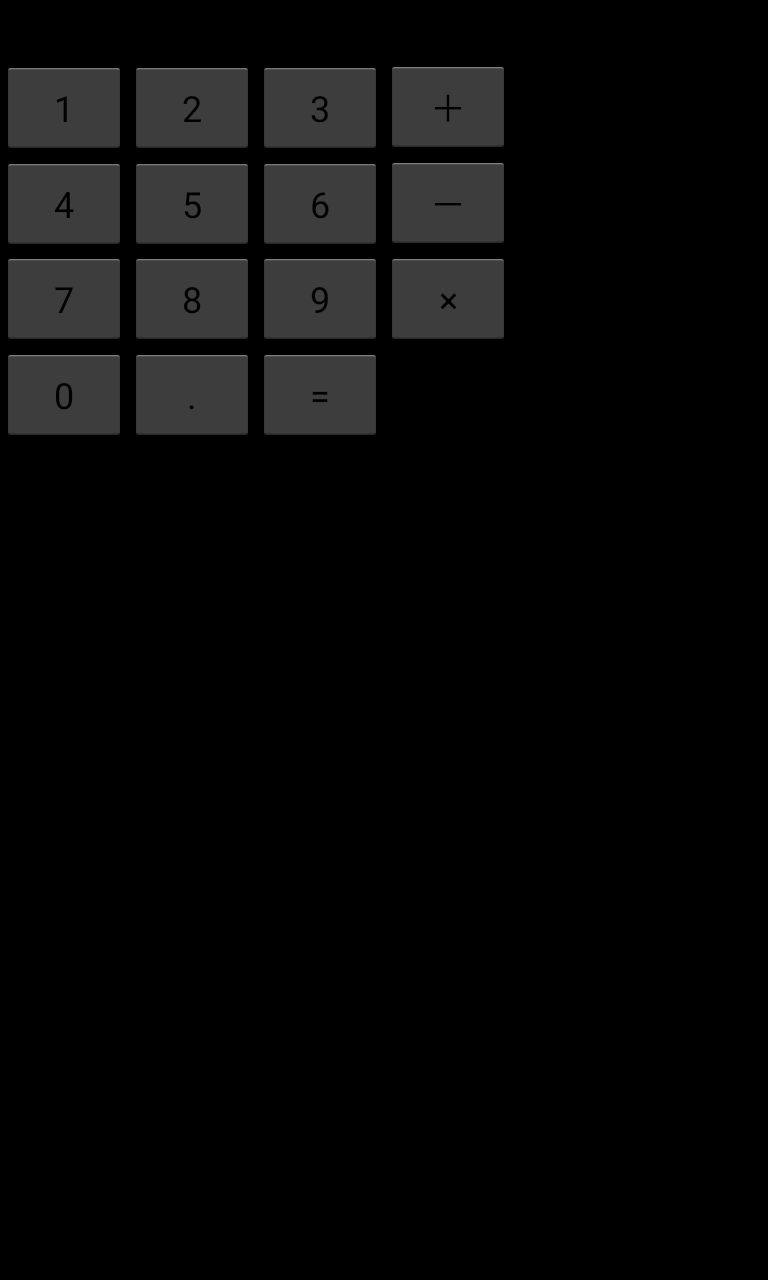
Repository: moetmd/learning-Android
Layout: Calculator/res/layout/activity_main.xml
The author's editor kept a copy of each file at every save. The layout is drawn from the files as they stood at one save, then again after the next save.
It is drawn on a 768 x 1280 px phone screen (xhdpi) without system bars, with theme AppTheme; the app's code is not run.

Above is the layout before, as saved 2014-11-19 12:55:09.

### Calculator/res/layout/activity_main.xml
<FrameLayout xmlns:android="http://schemas.android.com/apk/res/android"
    xmlns:tools="http://schemas.android.com/tools"
    android:id="@+id/container"
    android:background="#000"
    android:layout_width="match_parent"
    android:layout_height="match_parent"
    tools:context="com.niit.calculator.MainActivity"
    tools:ignore="MergeRootFrame" >

    <LinearLayout
        android:layout_width="match_parent"
        android:layout_height="match_parent"
        android:orientation="vertical" >


        <!-- 屏幕    独占一行 -->
        <TextView
            android:id="@+id/textView1"
            android:layout_width="match_parent"
            android:layout_height="wrap_content"
            android:text="Large Text"
            android:textAppearance="?android:attr/textAppearanceLarge" />

        <!-- 第一行数字键 -->
        <LinearLayout
            android:layout_width="match_parent"
            android:layout_height="wrap_content" >
            <Button
                android:id="@+id/button1"
                android:layout_width="wrap_content"
                android:layout_height="wrap_content"
                android:text="1" />

            <Button
                android:id="@+id/button2"
                android:layout_width="wrap_content"
                android:layout_height="wrap_content"
                android:text="2" />

            <Button
                android:id="@+id/button3"
                android:layout_width="wrap_content"
                android:layout_height="wrap_content"
                android:text="3" />

            <Button
                android:id="@+id/button4"
                android:layout_width="wrap_content"
                android:layout_height="wrap_content"
                android:text="＋" />
        </LinearLayout>
        <!-- 第一行数字键结束 -->

       	<!-- 第二行数字键 -->
        <LinearLayout
            android:layout_width="match_parent"
            android:layout_height="wrap_content" >
            <Button
                android:id="@+id/button1"
                android:layout_width="wrap_content"
                android:layout_height="wrap_content"
                android:text="4" />

            <Button
                android:id="@+id/button2"
                android:layout_width="wrap_content"
                android:layout_height="wrap_content"
                android:text="5" />

            <Button
                android:id="@+id/button3"
                android:layout_width="wrap_content"
                android:layout_height="wrap_content"
                android:text="6" />

            <Button
                android:id="@+id/button4"
                android:layout_width="wrap_content"
                android:layout_height="wrap_content"
                android:text="－" />
        </LinearLayout>
        <!-- 第二行数字键结束 -->

        <!-- 第三行数字键 -->
        <LinearLayout
            android:layout_width="match_parent"
            android:layout_height="wrap_content" >
            <Button
                android:id="@+id/button1"
                android:layout_width="wrap_content"
                android:layout_height="wrap_content"
                android:text="7" />

            <Button
                android:id="@+id/button2"
                android:layout_width="wrap_content"
                android:layout_height="wrap_content"
                android:text="8" />

            <Button
                android:id="@+id/button3"
                android:layout_width="wrap_content"
                android:layout_height="wrap_content"
                android:text="9" />

            <Button
                android:id="@+id/button4"
                android:layout_width="wrap_content"
                android:layout_height="wrap_content"
                android:text="×" />
        </LinearLayout>
        <!-- 第三行数字键结束 -->

        <!-- 第四行数字键 -->
        <LinearLayout
            android:layout_width="match_parent"
            android:layout_height="wrap_content" >

            <Button
                android:id="@+id/button1"
                android:layout_width="wrap_content"
                android:layout_height="wrap_content"
                android:text="0" />

            <Button
                android:id="@+id/button2"
                android:layout_width="wrap_content"
                android:layout_height="wrap_content"
                android:text="." />

            <Button
                android:id="@+id/button3"
                android:layout_width="wrap_content"
                android:layout_height="wrap_content"
                android:text="=" />
        </LinearLayout>
        <!-- 第四行数字键结束 -->

    </LinearLayout>

</FrameLayout>

Loaded but not shown: Calculator/res/values/styles.xml (common file); Calculator/res/values-v11/styles.xml (common file); Calculator/res/values-v14/styles.xml (common file)

After the next save:
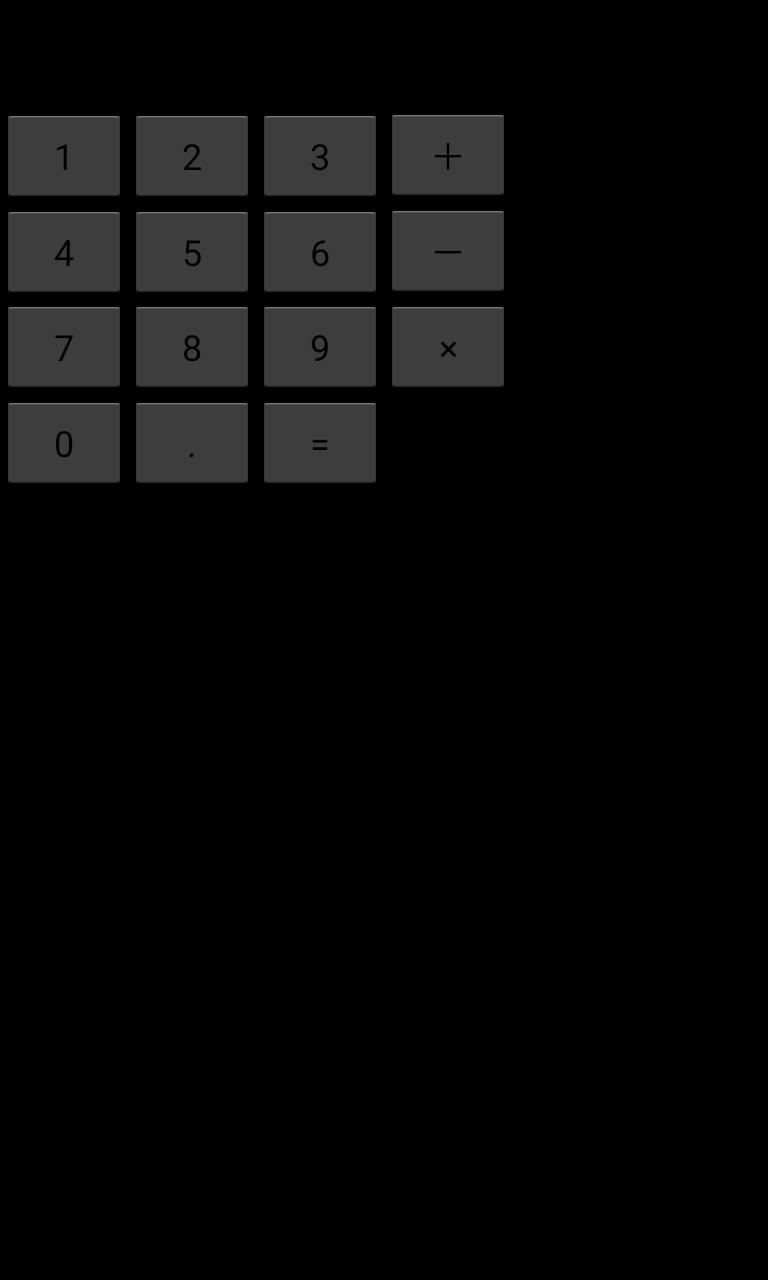
Saved 119 s later.
--- a/Calculator/res/layout/activity_main.xml
+++ b/Calculator/res/layout/activity_main.xml
@@ -14,11 +14,13 @@
 
 
         <!-- 屏幕    独占一行 -->
+
         <TextView
             android:id="@+id/textView1"
             android:layout_width="match_parent"
             android:layout_height="wrap_content"
-            android:text="Large Text"
+            android:textSize="40sp"
+            android:text="0"
             android:textAppearance="?android:attr/textAppearanceLarge" />
 
         <!-- 第一行数字键 -->
@@ -112,6 +114,7 @@
         <!-- 第三行数字键结束 -->
 
         <!-- 第四行数字键 -->
+
         <LinearLayout
             android:layout_width="match_parent"
             android:layout_height="wrap_content" >
@@ -134,6 +137,7 @@
                 android:layout_height="wrap_content"
                 android:text="=" />
         </LinearLayout>
+
         <!-- 第四行数字键结束 -->
 
     </LinearLayout>
